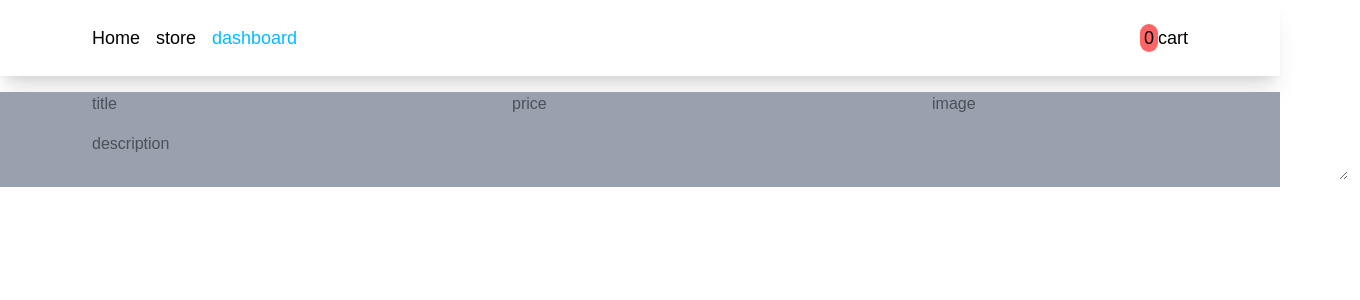
Repository: Rohullah-Noori/Nextjs-online-shop
Page: /dashboard
These files come from the project's save history. The page is drawn as it stood at one moment and after the next save; the edit follows.
The browser window is 1280 px wide. The page is 1360 px wide, so the pictures cover 1360 px, including what lies to the right of the window. The pictures show the whole page.
The project was rebuilt for these pictures with package versions that can differ from the ones it lists, and the page was loaded fresh each time. The framework's server and built-in components were replaced by stand-ins that run in the browser. Also part of the build but not shown: next.config.ts.

Above is the page before, as saved 2025-05-28 10:45:22.

After the next save:
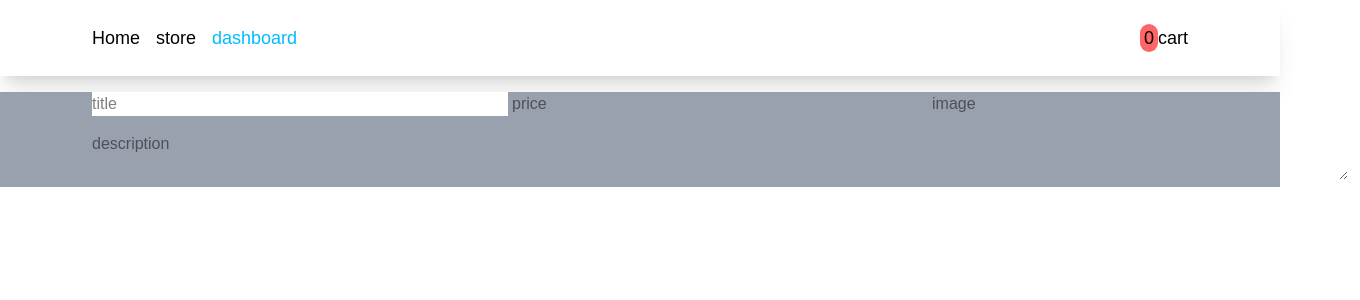
Saved 40 s later.
--- a/src/app/dashboard/page.tsx
+++ b/src/app/dashboard/page.tsx
@@ -7,7 +7,7 @@ export default function Dashboard() {
       <Container>
         <div className="mx-3">
           <div className="grid grid-cols-3 gap-x-1 mt-2 mb-4  ">
-            <input type="text" placeholder="title" className="border-white" />
+            <input type="text" placeholder="title" className="bg-white" />
             <input type="text" placeholder="price" />
             <input type="text" placeholder="image" />
           </div>
